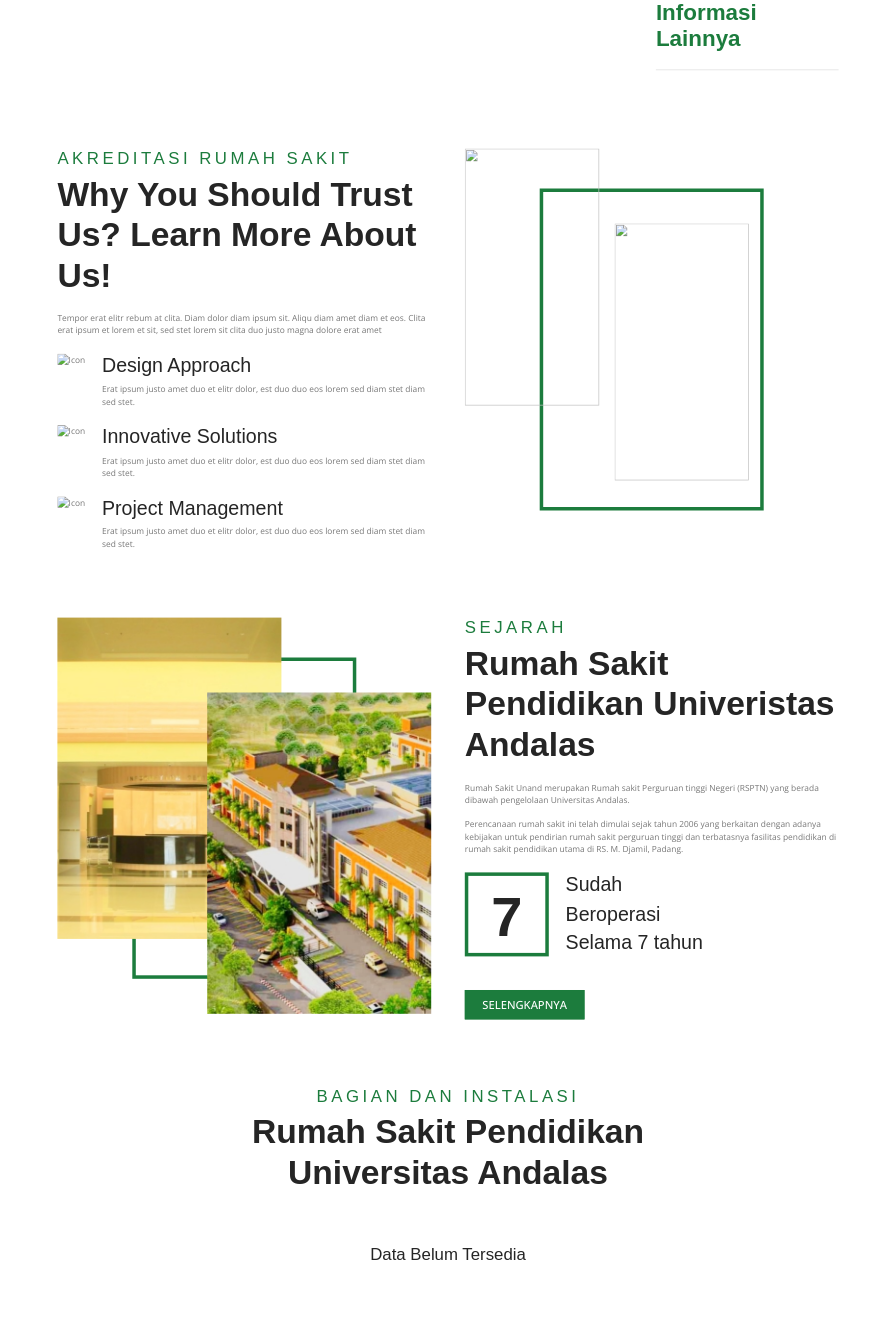
Repository: vivin-erialis/rsunand-site
Page: http://localhost/
An editor plug-in stored every save of this project. The page is shown before and after the next save, followed by the edit.
The browser window is 1280 px wide. The pictures show the part of the page from y = 885 to 2805 px (the page is 3285 px tall before and 3111 px after), at 70% of full size.
Some web fonts or font styles are not loaded; a fallback is used. Some web libraries are served in a nearby version. The page is served by the project's Laravel application, run on PHP 8.4 with Laravel 12. Queries for data that is not in the repository find no rows.

Above is the page before, as saved 2024-06-10 08:13:35.
Console error: TypeError: Cannot read properties of undefined (reading 'version')

After the next save:
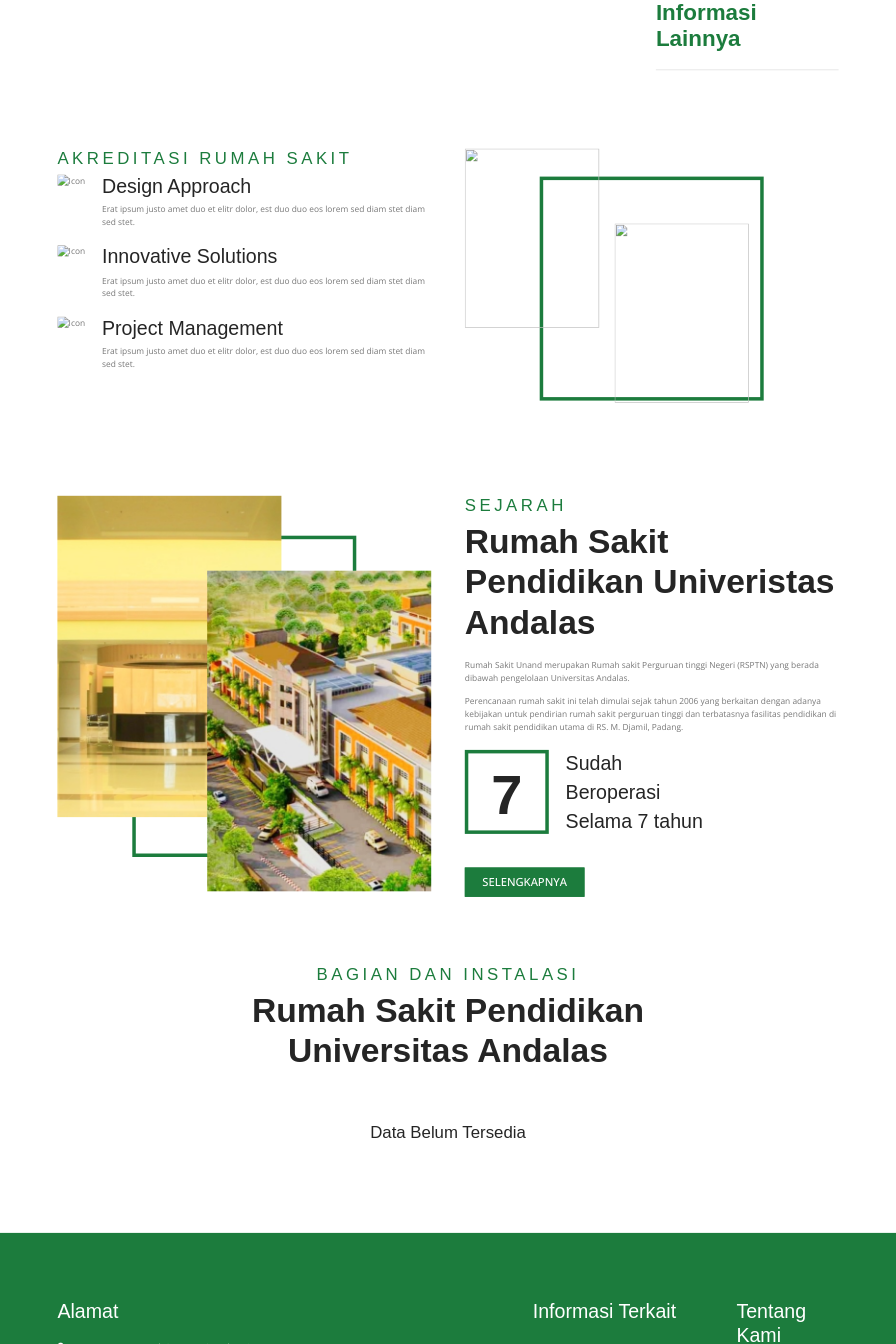
Saved 14 s later.
--- a/resources/views/Frontend/home.blade.php
+++ b/resources/views/Frontend/home.blade.php
@@ -261,8 +261,8 @@
             <div class="row g-5">
                 <div class="col-lg-6 wow fadeInUp" data-wow-delay="0.1s">
                     <h4 class="section-title">AKREDITASI RUMAH SAKIT</h4>
-                    <h1 class="display-5 mb-4">Why You Should Trust Us? Learn More About Us!</h1>
-                    <p class="mb-4">Tempor erat elitr rebum at clita. Diam dolor diam ipsum sit. Aliqu diam amet diam et eos. Clita erat ipsum et lorem et sit, sed stet lorem sit clita duo justo magna dolore erat amet</p>
+                    {{-- <h1 class="display-5 mb-4">Why You Should Trust Us? Learn More About Us!</h1> --}}
+                    {{-- <p class="mb-4">Tempor erat elitr rebum at clita. Diam dolor diam ipsum sit. Aliqu diam amet diam et eos. Clita erat ipsum et lorem et sit, sed stet lorem sit clita duo justo magna dolore erat amet</p> --}}
                     <div class="row g-4">
                         <div class="col-12">
                             <div class="d-flex align-items-start">
